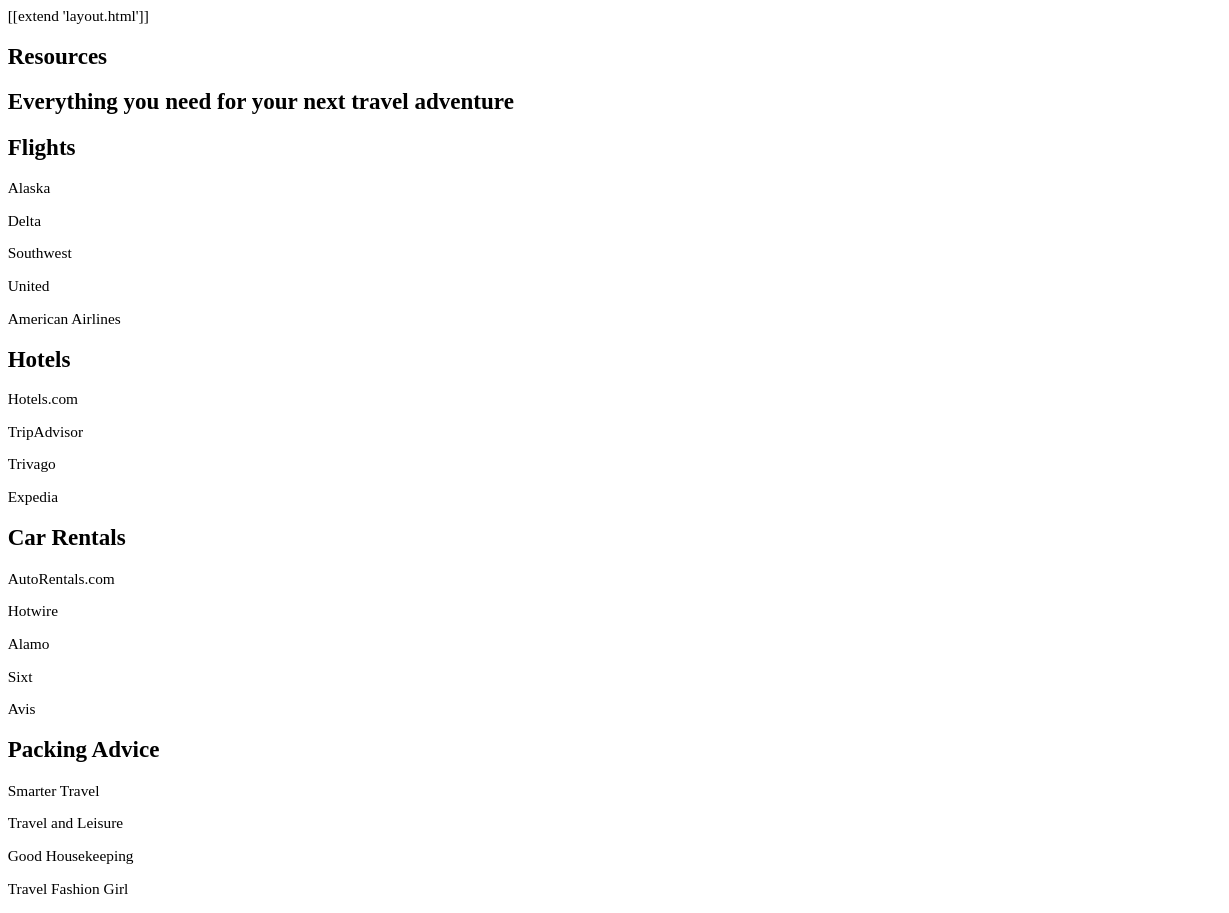
Repository: mreyeszaz/travel-tea-website
Page: templates/resources.html
An editor plug-in stored every save of this project. The page is shown before and after a run of saves, followed by the edit.
The browser window is 1280 px wide. The pictures show the whole page, at 96% of full size.

Above is the page before, as saved 2021-05-28 23:52:06.

After the next 2 saves:
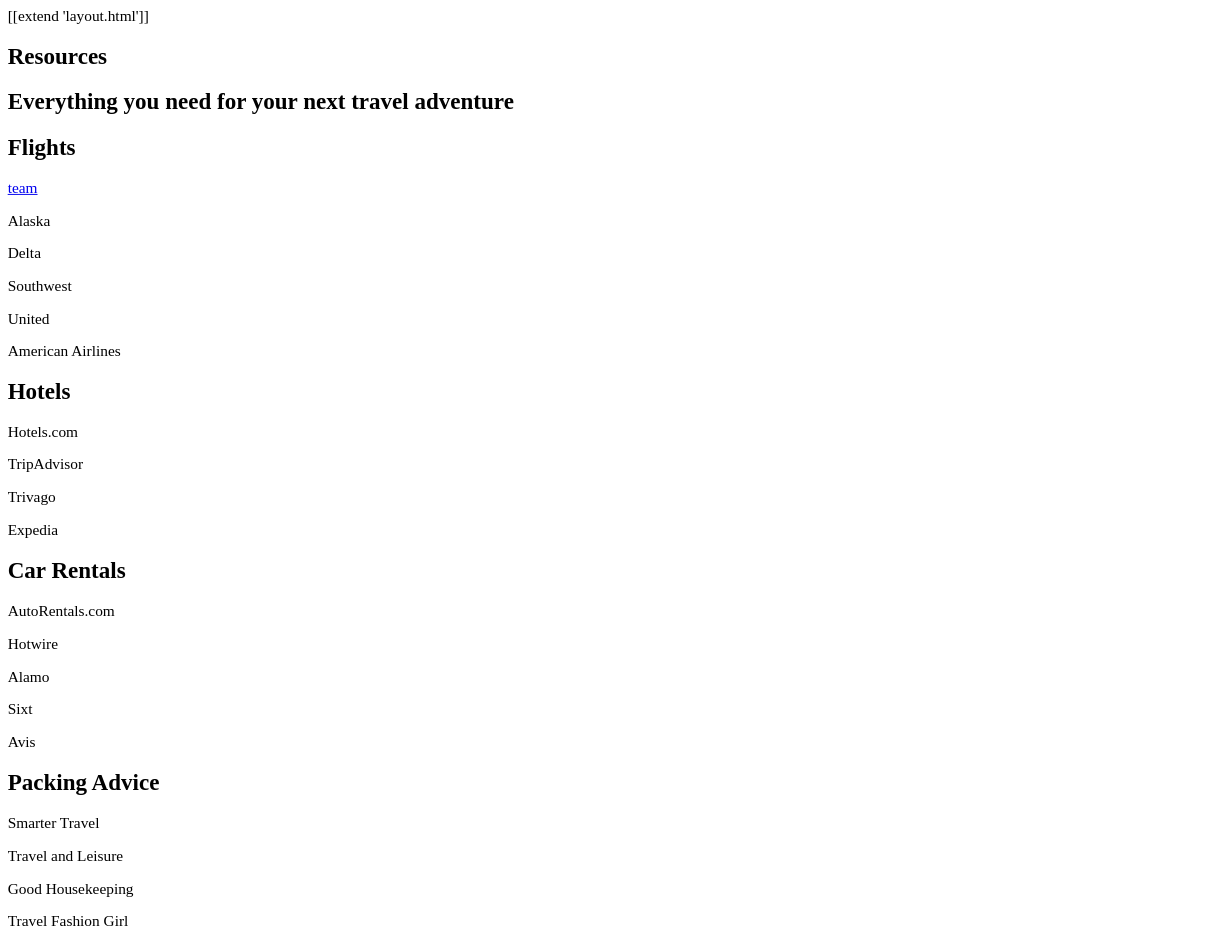
The 2 saves are shown as one change because they came seconds apart.
The last was saved 22 h 58 min later.
--- a/templates/resources.html
+++ b/templates/resources.html
@@ -7,6 +7,7 @@
 
         <div class="box">
             <h2 class="subtitle">Flights</h2>
+            <a href="/about/about_team.htm">team</a>
             <p> Alaska </p>
             <p> Delta </p>
             <p> Southwest </p>

After the save that followed:
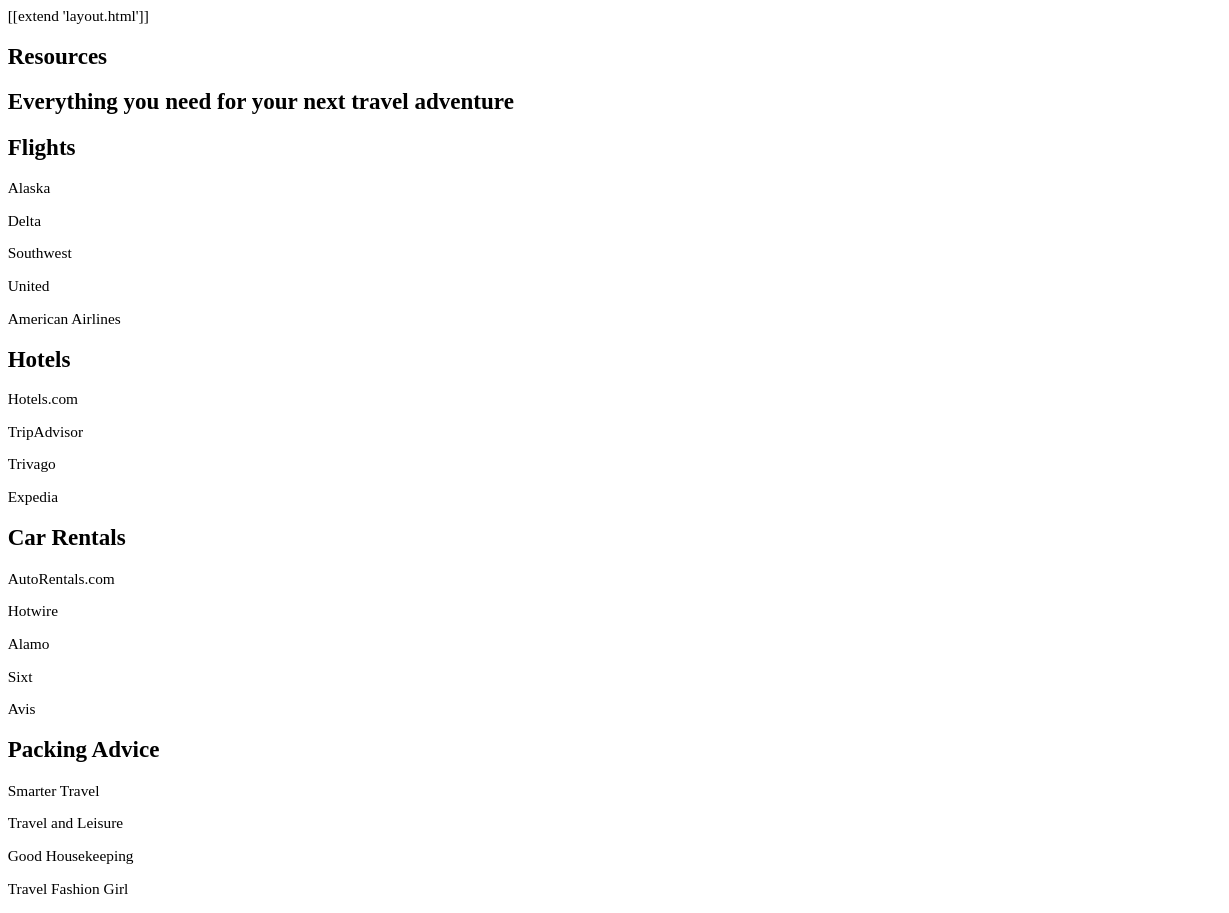
Saved 6 s later.
--- a/templates/resources.html
+++ b/templates/resources.html
@@ -7,7 +7,7 @@
 
         <div class="box">
             <h2 class="subtitle">Flights</h2>
-            <a href="/about/about_team.htm">team</a>
+            <a href="/about/about_team.htm"></a>
             <p> Alaska </p>
             <p> Delta </p>
             <p> Southwest </p>
